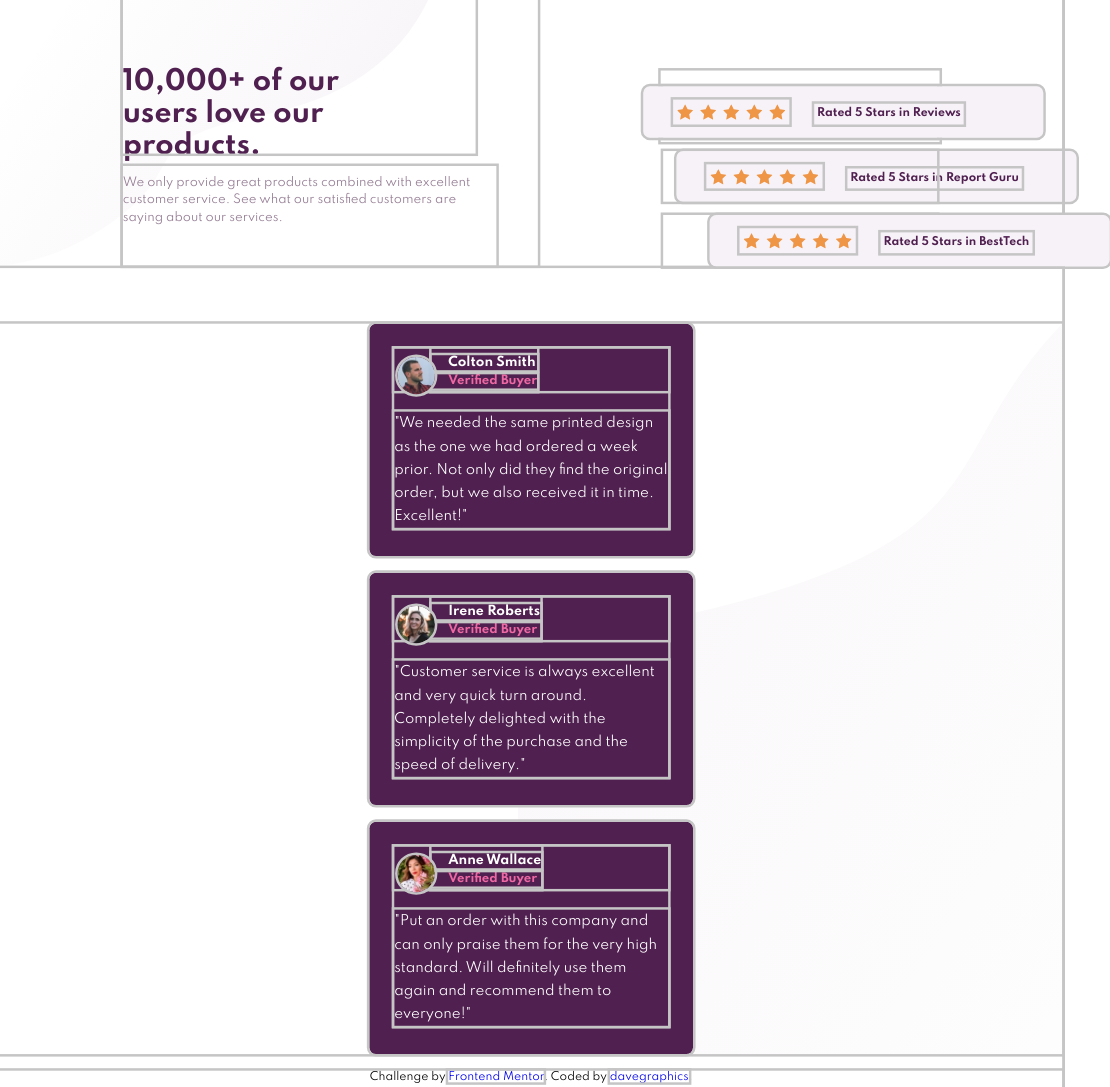
Repository: DejV44/social-proof-section-master
Page: index.html
The author's editor kept a copy of each file at every save. The page is drawn from the files as they stood at one save, then again after the next save.
The browser window is 1280 px wide. The page is 1337 px wide, so the pictures cover 1337 px, including what lies to the right of the window. The pictures show the whole page, at 83% of full size.
The style sheet was rebuilt from its Sass, Less or Tailwind sources for each picture, by a compiler version that may differ from the author's.

Above is the page before, as saved 2021-06-23 21:17:56.

After the next save:
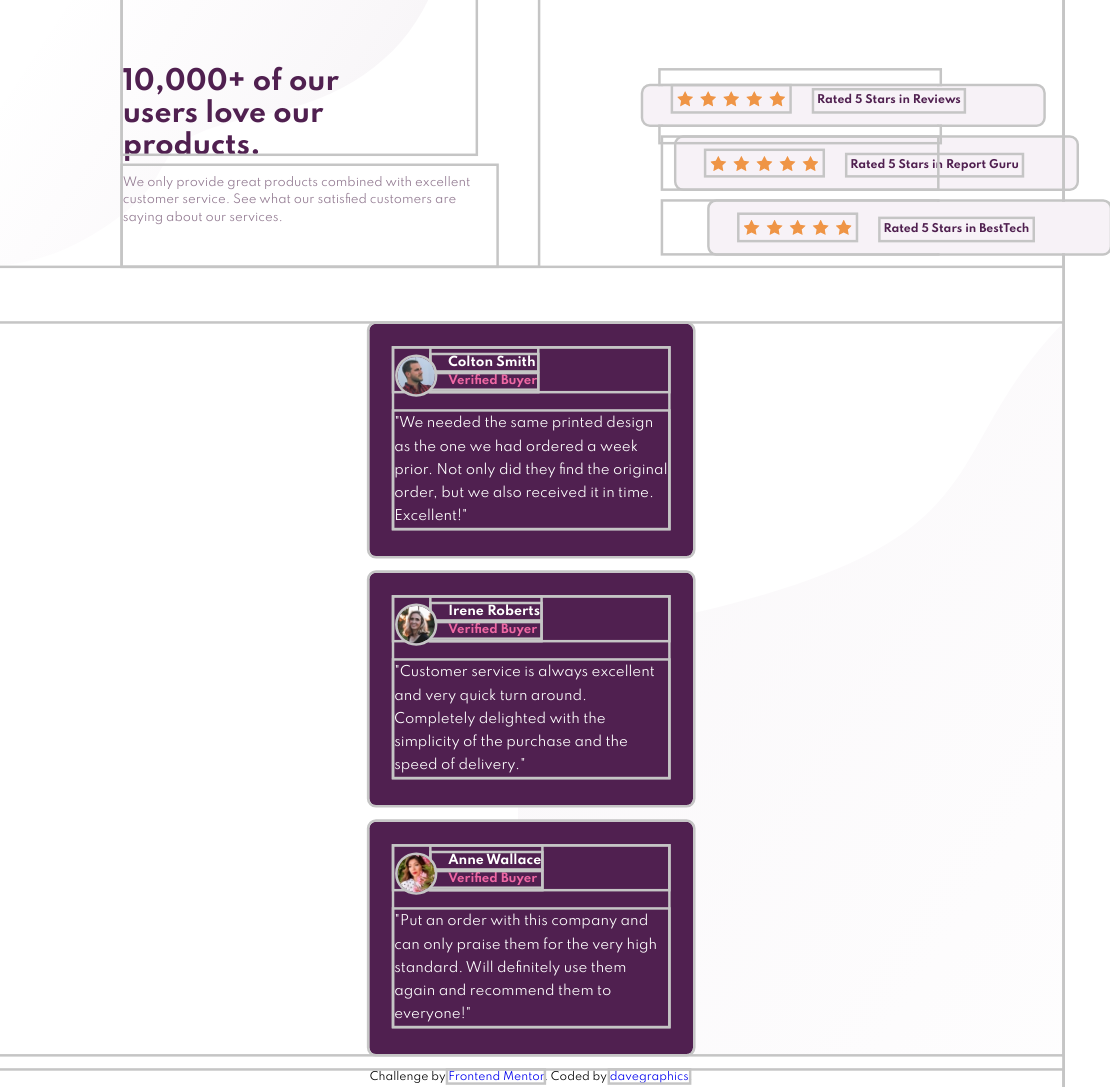
Saved 95 s later.
--- a/css/main.scss
+++ b/css/main.scss
@@ -206,6 +206,7 @@
             .item1 {
                 position: relative;
                 left: -40px;
+                padding-top: 0;
             }
 
             .item3 {

After the save that followed:
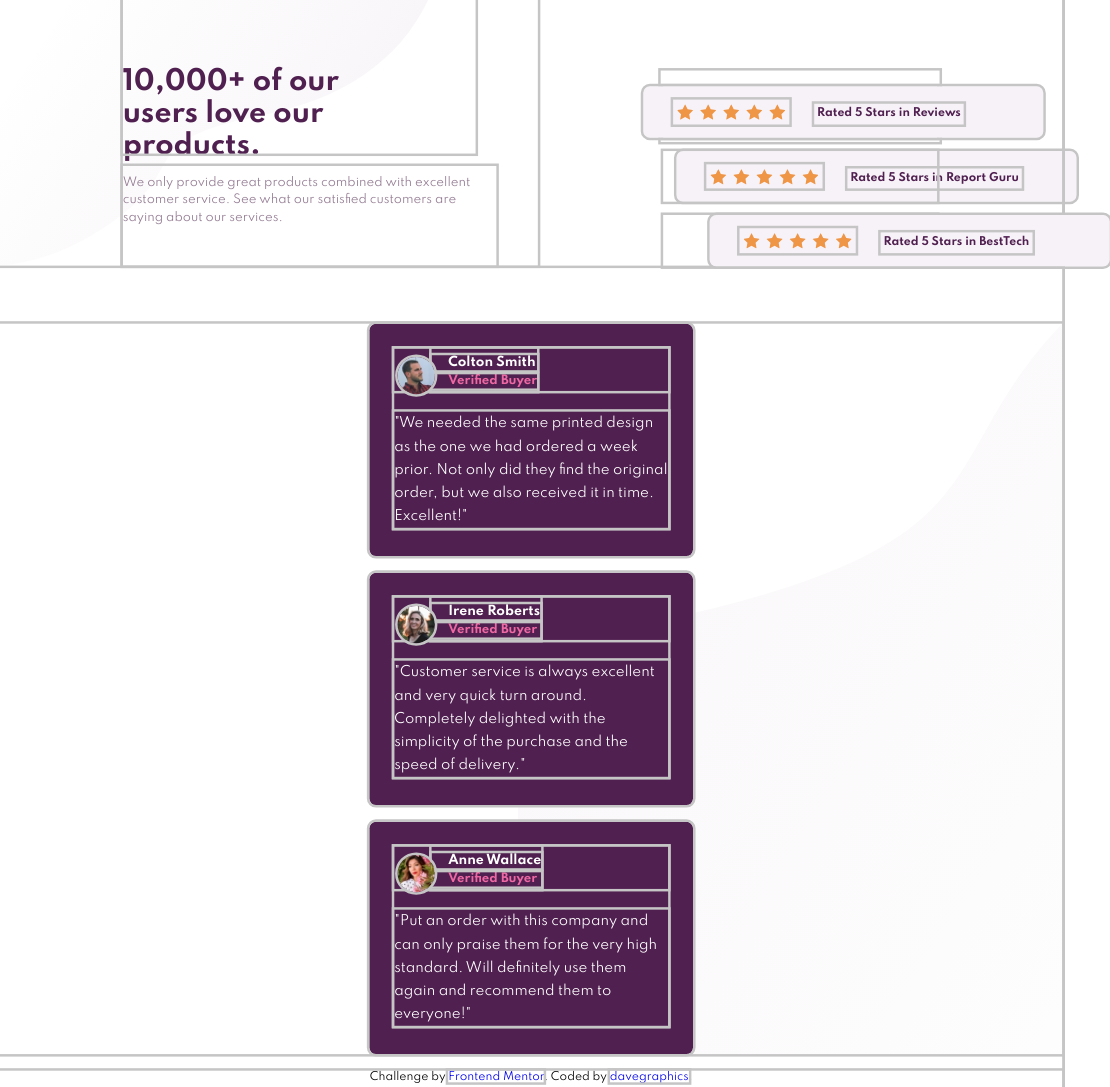
Saved 21 s later.
--- a/css/main.scss
+++ b/css/main.scss
@@ -206,7 +206,7 @@
             .item1 {
                 position: relative;
                 left: -40px;
-                padding-top: 0;
+                padding: 0 auto;
             }
 
             .item3 {
